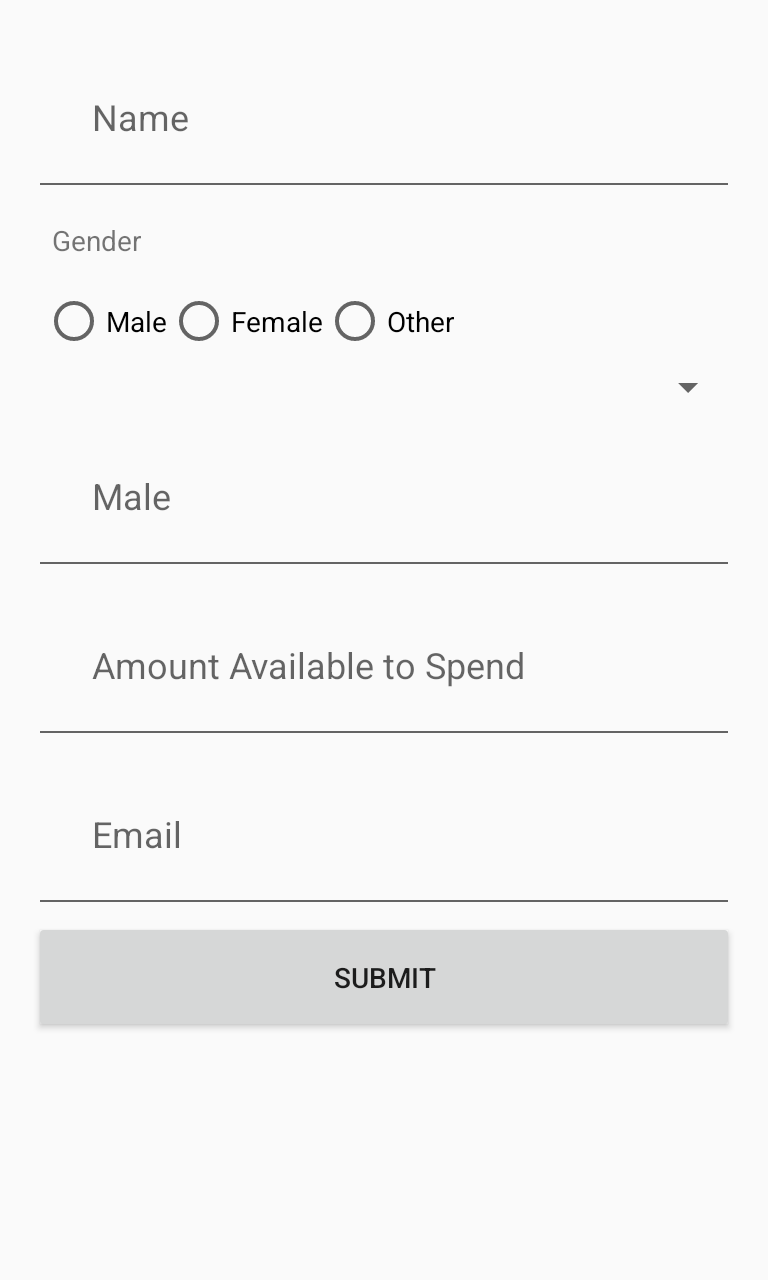
Repository: ThatCrazyIrishGuy/guiAndroidAssignment
Layout: ShoppingList/res/layout/activity_user_detail_form.xml
An editor plug-in stored every save of this project. The layout is shown before and after the next save, followed by the edit.
It is drawn on a 768 x 1280 px phone screen (xhdpi) without system bars, with theme AppTheme; the app's code is not run.

Above is the layout before, as saved 2014-11-08 19:14:50.

### ShoppingList/res/layout/activity_user_detail_form.xml
<RelativeLayout xmlns:android="http://schemas.android.com/apk/res/android"
    xmlns:tools="http://schemas.android.com/tools"
    android:layout_width="match_parent"
    android:layout_height="match_parent"
    android:paddingBottom="@dimen/activity_vertical_margin"
    android:paddingLeft="@dimen/activity_horizontal_margin"
    android:paddingRight="@dimen/activity_horizontal_margin"
    android:paddingTop="@dimen/activity_vertical_margin"
    tools:context="ie.dit.britton.darren.shoppinglist.UserDetailForm" >

    <EditText
        android:id="@+id/name"
        android:hint="@string/name"
        android:layout_width="fill_parent"
        android:layout_height="wrap_content"
 		android:padding="30dp"
     />

     <TextView
        android:id="@+id/genderLabel"
        android:layout_below="@+id/name"
        android:layout_width="wrap_content"
        android:layout_height="wrap_content"
        android:text="@string/gender"
        android:padding="10dp"
     />

   	<RadioGroup
   	    android:id="@+id/gender"
  	    android:layout_below="@+id/genderLabel"
		android:orientation="horizontal"
		android:layout_width="fill_parent"
		android:layout_height="wrap_content"
		android:padding="5dp" >
		<RadioButton
			android:id="@+id/male"
			android:text="@string/male"
		/>
		<RadioButton
			android:id="@+id/female"
			android:text="@string/female"
		/>
		<RadioButton
			android:id="@+id/other"
			android:text="@string/other"
		/>
	</RadioGroup>

	<Spinner
    	android:id="@+id/job"
    	android:layout_below="@+id/gender"
    	android:layout_width="fill_parent"
    	android:layout_height="wrap_content"
 		android:marginTop="15dp"
 		android:marginBottom="15dp"
    />

    <EditText
        android:id="@+id/age"
        android:hint="@string/age"
        android:layout_below="@+id/job"
        android:layout_width="fill_parent"
        android:layout_height="wrap_content"
        android:inputType="number"
        android:padding="30dp"
    />

   <EditText
        android:id="@+id/money"
        android:hint="@string/amountAvailableToSpend"
        android:layout_below="@+id/age"
        android:layout_width="fill_parent"
        android:layout_height="wrap_content"
        android:inputType="numberDecimal"
        android:padding="30dp"
    />

    <EditText
        android:id="@+id/email"
        android:hint="@string/email"
        android:layout_below="@+id/money"
        android:layout_width="fill_parent"
        android:layout_height="wrap_content"
        android:inputType="textEmailAddress"
        android:padding="30dp"
     />

     <Button
        android:layout_below="@+id/email"
        android:id="@+id/submit"
        android:layout_width="fill_parent"
        android:layout_height="wrap_content"
        android:text ="@string/submitButtonText"
        android:padding="20dp"
     />

</RelativeLayout>

### ShoppingList/res/values/strings.xml
<?xml version="1.0" encoding="utf-8"?>
<resources>

    <string name="app_name">ShoppingList</string>
    <string name="action_settings">Settings</string>
    <string name="name">Name</string>
    <string name="gender">Gender</string>
    <string name="male">Male</string>
    <string name="female">Female</string>
    <string name="other">Other</string>
    <string name="age">Male</string>
    <string name="amountAvailableToSpend">Amount Available to Spend</string>
    <string name="email">Email</string>
    <string name="submitButtonText">Submit</string>

    <string-array name="jobTitles">
    <item>Abattoir Worker</item>
    <item>Accountant</item>
    <item>Accountant - Chartered or Certified</item>
    <item>Accounts Staff</item>
    <item>Actor</item>
    <item>Actress</item>
    <item>Actuary</item>
    <item>Acupuncturist</item>
    <item>Administration Staff</item>
    <item>Advertising Staff</item>
    <item>Agricultural Contractor</item>
    <item>Agricultural Worker</item>
    <item>Air Force - Other Ranks</item>
    <item>Air Traffic Controller</item>
    <item>Aircraft Designer</item>
    <item>Airline Employee - Airport</item>
    <item>Ambulance Crew</item>
    <item>Ambulance Driver</item>
    <item>Amusement Arcade Worker</item>
    <item>Anaesthetist</item>
    <item>Animal Breeder</item>
    <item>Antique Dealer</item>
    <item>Arbitrator</item>
    <item>Archaeologist</item>
    <item>Architect</item>
    <item>Archivist</item>
    <item>Art Critic</item>
    <item>Art Dealer</item>
    <item>Artist</item>
    <item>Asphalter/Roadworker</item>
    <item>Assessor</item>
    <item>Astrologer</item>
    <item>Astronomer</item>
    <item>Au Pair</item>
    <item>Auctioneer</item>
    <item>Auditor</item>
    <item>Author</item>
    <item>Auto Electrician</item>
    <item>Bailiff</item>
    <item>Baker</item>
    <item>Bank Staff</item>
    <item>Bar Manager</item>
    <item>Bar Staff</item>
    <item>Barber</item>
    <item>Barrister</item>
    <item>Beautician</item>
    <item>Betting Shop Clerk</item>
    <item>Biochemist</item>
    <item>Biologist</item>
    <item>Blacksmith</item>
    <item>Blind Fitter</item>
    <item>Boat Builder</item>
    <item>Boiler Maker</item>
    <item>Book Seller</item>
    <item>Book-Keeper</item>
    <item>Botanist</item>
    <item>Brewery Worker</item>
    <item>Bricklayer</item>
    <item>Broadcaster</item>
    <item>Builder</item>
    <item>Builders Labourer</item>
    <item>Building Contractor</item>
    <item>Building Engineer</item>
    <item>Building Inspector</item>
    <item>Building Manager</item>
    <item>Building Surveyor</item>
    <item>Bus Company Employee</item>
    <item>Bus Conductor</item>
    <item>Bus Driver</item>
    <item>Business Analyst</item>
    <item>Business Consultant</item>
    <item>Butcher</item>
    <item>Butler</item>
    <item>Buyer</item>
    <item>Cabinet Maker</item>
    <item>Cameraman</item>
    <item>Car Builder</item>
    <item>Car Dealer</item>
    <item>Car Delivery Driver</item>
    <item>Car Park Attendant</item>
    <item>Car Salesman</item>
    <item>Car Valet</item>
    <item>Care Assistant</item>
    <item>Careers Advisor</item>
    <item>Caretaker</item>
    <item>Carpenter</item>
    <item>Carpet Fitter</item>
    <item>Cartographer</item>
    <item>Cashier</item>
    <item>Caterer</item>
    <item>Charity Worker</item>
    <item>Chartered Surveyor</item>
    <item>Chauffeur</item>
    <item>Chef</item>
    <item>Chemist</item>
    <item>Child Minder</item>
    <item>Childrens Entertainer</item>
    <item>Chimney Sweep</item>
    <item>Chiropodist</item>
    <item>Chiropractor</item>
    <item>Choreographer</item>
    <item>Cinema Assistant</item>
    <item>Civil Servant</item>
    <item>Claims/Loss Adjustor</item>
    <item>Classroom Aide</item>
    <item>Cleaner</item>
    <item>Clergyman</item>
    <item>Clerk</item>
    <item>Clock Maker</item>
    <item>Coach Builder</item>
    <item>Coach Driver</item>
    <item>Coal Merchant</item>
    <item>Coastguard</item>
    <item>Cobbler</item>
    <item>Commercial Artist</item>
    <item>Commercial Traveller</item>
    <item>Commissioned Officer</item>
    <item>Community Worker</item>
    <item>Company Secretary</item>
    <item>Complementary Therapist</item>
    <item>Composer</item>
    <item>Computer Analyst</item>
    <item>Computer Consultant</item>
    <item>Computer Programmer</item>
    <item>Computing</item>
    <item>Confectioner</item>
    <item>Conservationist</item>
    <item>Construction Worker</item>
    <item>Contractor</item>
    <item>Coppersmith</item>
    <item>Copywriter</item>
    <item>Coroner</item>
    <item>Council Worker</item>
    <item>Counsellor</item>
    <item>County Councillor</item>
    <item>Courier</item>
    <item>Court Officer</item>
    <item>Craftsman</item>
    <item>Crane Operator</item>
    <item>Credit Controller</item>
    <item>Croupier</item>
    <item>Curator</item>
    <item>Curtain Maker</item>
    <item>Customer Advisor</item>
    <item>Customs And Excise</item>
    <item>Dairy Worker</item>
    <item>Dance Teacher</item>
    <item>Dancer</item>
    <item>Dark Room Technician</item>
    <item>Debt Collector</item>
    <item>Decorator</item>
    <item>Delivery Courier</item>
    <item>Delivery Driver</item>
    <item>Demolition Worker</item>
    <item>Dental Assistant</item>
    <item>Dental Nurse</item>
    <item>Dental Surgeon</item>
    <item>Dental Technician</item>
    <item>Dentist</item>
    <item>Dermatologist</item>
    <item>Designer</item>
    <item>Diplomatic Staff - Foreign</item>
    <item>Diplomatic Staff - Republic Of Ireland</item>
    <item>Director - Performing Arts</item>
    <item>Director/Company Director</item>
    <item>Disc Jockey</item>
    <item>District Nurse</item>
    <item>Diver</item>
    <item>Dockyard Worker</item>
    <item>Doctor</item>
    <item>Dog Groomer</item>
    <item>Domestic Staff</item>
    <item>Door To Door Collector</item>
    <item>Doorman</item>
    <item>Double Glazing Fitter</item>
    <item>Double Glazing Salesman</item>
    <item>Draughtsman</item>
    <item>Dressmaker</item>
    <item>Driver</item>
    <item>Driving Examiner</item>
    <item>Driving Instructor</item>
    <item>Dry Cleaner</item>
    <item>Dustman</item>
    <item>Economist</item>
    <item>Editor</item>
    <item>Electrical Contractor</item>
    <item>Electrician</item>
    <item>Embalmer</item>
    <item>Embassy Staff</item>
    <item>Embassy Staff - Republic Of Ireland</item>
    <item>Energy Analyst</item>
    <item>Engineer</item>
    <item>Engineer (Motor)</item>
    <item>Engraver</item>
    <item>Entertainer</item>
    <item>Estate Agent</item>
    <item>Estimator</item>
    <item>Events Organiser</item>
    <item>Executive</item>
    <item>Exhibition Organiser</item>
    <item>Exotic Dancer</item>
    <item>Exporter</item>
    <item>Fabricator</item>
    <item>Factory Worker</item>
    <item>Fairground Worker</item>
    <item>Farmer</item>
    <item>Film Technician</item>
    <item>Financial Advisor</item>
    <item>Financial Analyst</item>
    <item>Fire Officer</item>
    <item>Fireman/Woman</item>
    <item>Firewood Merchant</item>
    <item>Fish Merchant</item>
    <item>Fisherman</item>
    <item>Fitness Instructor</item>
    <item>Fitter</item>
    <item>Fitter - Tyre/Exhaust</item>
    <item>Flight Deck Crew</item>
    <item>Floor Layer</item>
    <item>Florist</item>
    <item>Flower Arranger</item>
    <item>Flying Instructor</item>
    <item>Food Processor</item>
    <item>Foreman</item>
    <item>Forester</item>
    <item>Fork Lift Truck Driver</item>
    <item>Fruiterer</item>
    <item>Fuel Merchant</item>
    <item>Funeral Director</item>
    <item>Funeral Furnisher</item>
    <item>Furnace Man</item>
    <item>Furniture Dealer</item>
    <item>Furniture Remover</item>
    <item>Furniture Restorer</item>
    <item>Gamekeeper</item>
    <item>Gaming Club Manager</item>
    <item>Gaming Club Staff - Licensed Premises</item>
    <item>Gaming Club Staff - Unlicensed Premises</item>
    <item>Garage Manager</item>
    <item>Garda</item>
    <item>Gardener</item>
    <item>Gas Fitter</item>
    <item>Genealogist</item>
    <item>General Practitioner</item>
    <item>General Worker</item>
    <item>Geologist</item>
    <item>Geophysicist</item>
    <item>Glass Worker</item>
    <item>Glazier</item>
    <item>Goldsmith</item>
    <item>Graphic Designer</item>
    <item>Grave Digger</item>
    <item>Gravel Merchant</item>
    <item>Green Keeper</item>
    <item>Greengrocer</item>
    <item>Groundsman</item>
    <item>Guide</item>
    <item>Gynaecologist</item>
    <item>HGV Driver</item>
    <item>Hairdresser</item>
    <item>Hardware Dealer</item>
    <item>Haulage Contractor</item>
    <item>Hawker</item>
    <item>Health And Safety Consultant</item>
    <item>Health Planner</item>
    <item>Health Service Employee</item>
    <item>Hearing Therapist</item>
    <item>Heating/Ventilation Engineer</item>
    <item>Herbalist</item>
    <item>Hire Car Driver</item>
    <item>Historian</item>
    <item>Horse Dealer</item>
    <item>Horse Riding Instructor</item>
    <item>Horticulturalist</item>
    <item>Hospital Consultant</item>
    <item>Hospital Doctor</item>
    <item>Hospital Worker</item>
    <item>Hostess</item>
    <item>Hotel Worker</item>
    <item>Housing Assistant</item>
    <item>Housing Officer</item>
    <item>Hygienist</item>
    <item>Ice Cream Vendor</item>
    <item>Illustrator</item>
    <item>Immigration Officer</item>
    <item>Importer</item>
    <item>Industrial Chemist</item>
    <item>Industrial Designer</item>
    <item>Inland Revenue Officer</item>
    <item>Instrument Maker</item>
    <item>Insurance Assessor</item>
    <item>Insurance Inspector</item>
    <item>Insurance Staff</item>
    <item>Interior Decorator</item>
    <item>Interior Designer</item>
    <item>Interpreter</item>
    <item>Investigator</item>
    <item>Janitor</item>
    <item>Jeweller</item>
    <item>Jockey</item>
    <item>Joiner</item>
    <item>Journalist</item>
    <item>Judge</item>
    <item>Keep Fit Instructor</item>
    <item>Kitchen Worker</item>
    <item>Laboratory Operative</item>
    <item>Laboratory Technician</item>
    <item>Labourer</item>
    <item>Landlord</item>
    <item>Landscape Gardener</item>
    <item>Laundry Staff</item>
    <item>Lavatory Attendant</item>
    <item>Lawyer</item>
    <item>Leather Worker</item>
    <item>Lecturer</item>
    <item>Legal Assistant</item>
    <item>Legal Executive</item>
    <item>Legal Secretary</item>
    <item>Leisure Centre Attendant</item>
    <item>Librarian</item>
    <item>Lifeguard</item>
    <item>Lift Attendant</item>
    <item>Line Worker</item>
    <item>Linguist</item>
    <item>Literary Agent</item>
    <item>Local Government Officer</item>
    <item>Locksmith</item>
    <item>Lorry Driver</item>
    <item>Loss Adjustor</item>
    <item>Loss Assessor</item>
    <item>Machine Technician</item>
    <item>Machinist</item>
    <item>Maintenance Staff</item>
    <item>Make Up Artist</item>
    <item>Manager</item>
    <item>Manicurist</item>
    <item>Marine Pilot</item>
    <item>Market Gardener</item>
    <item>Market Researcher</item>
    <item>Market Trader</item>
    <item>Marketing Executive</item>
    <item>Masseuse</item>
    <item>Mathematician</item>
    <item>Mechanic</item>
    <item>Medical Advisor</item>
    <item>Medical Practitioner</item>
    <item>Medical Secretary</item>
    <item>Merchant</item>
    <item>Metal Dealer</item>
    <item>Metal Worker</item>
    <item>Meteorologist</item>
    <item>Meter Reader</item>
    <item>Microbiologist</item>
    <item>Midwife</item>
    <item>Milkman</item>
    <item>Mill Worker</item>
    <item>Miner</item>
    <item>Mineralologist</item>
    <item>Minister Of Religion</item>
    <item>Mobile Caterer</item>
    <item>Mobile Disc Jockey</item>
    <item>Model</item>
    <item>Mortgage Broker</item>
    <item>Mortician</item>
    <item>Motor Mechanic</item>
    <item>Motor Racing Organiser</item>
    <item>Motor Trader</item>
    <item>Music Teacher</item>
    <item>Musician</item>
    <item>Nanny</item>
    <item>Navigator</item>
    <item>Negotiator</item>
    <item>Neurologist</item>
    <item>Newsagent</item>
    <item>Night Watchman</item>
    <item>Nun</item>
    <item>Nurse</item>
    <item>Nursery Worker</item>
    <item>Nutritionist</item>
    <item>Occupational Therapist</item>
    <item>Oculist</item>
    <item>Oil Rig Crew</item>
    <item>Optical Assistant</item>
    <item>Optician</item>
    <item>Organist</item>
    <item>Osteopath</item>
    <item>Painter And Decorator</item>
    <item>Panel Beater</item>
    <item>Paramedic</item>
    <item>Park Attendant</item>
    <item>Park Keeper</item>
    <item>Party Planner</item>
    <item>Pathologist</item>
    <item>Pawnbroker</item>
    <item>Personal Assistant</item>
    <item>Personnel Officer</item>
    <item>Pest Controller</item>
    <item>Petrol Station Attendant</item>
    <item>Pharmaceutical Assistant</item>
    <item>Pharmacist</item>
    <item>Photo Engraver</item>
    <item>Photographer - Location</item>
    <item>Photographer - Studio</item>
    <item>Physicist</item>
    <item>Physiologist</item>
    <item>Physiotherapist</item>
    <item>Picker</item>
    <item>Picture Framer</item>
    <item>Pilot</item>
    <item>Pipe Fitter</item>
    <item>Pipe Layer</item>
    <item>Planning Officer</item>
    <item>Plant Driver</item>
    <item>Plant Operator</item>
    <item>Plasterer</item>
    <item>Plumber</item>
    <item>Polisher</item>
    <item>Pool Attendant</item>
    <item>Porter</item>
    <item>Postman/Woman</item>
    <item>Priest</item>
    <item>Printer</item>
    <item>Prison Officer</item>
    <item>Probation Officer</item>
    <item>Producer</item>
    <item>Professor</item>
    <item>Projectionist</item>
    <item>Proof Reader</item>
    <item>Property Buyer</item>
    <item>Property Dealer</item>
    <item>Property Developer</item>
    <item>Property Valuer</item>
    <item>Psychiatrist</item>
    <item>Psychologist</item>
    <item>Psychotherapist</item>
    <item>Public Relations Officer</item>
    <item>Publican</item>
    <item>Publisher</item>
    <item>Purchasing Assistant</item>
    <item>Quality Controller</item>
    <item>Quality Inspector</item>
    <item>Quantity Surveyor</item>
    <item>Quarry Worker</item>
    <item>Rabbi</item>
    <item>Radio Presenter</item>
    <item>Radio Producer</item>
    <item>Radiographer</item>
    <item>Radiologist</item>
    <item>Railway Staff</item>
    <item>Receptionist</item>
    <item>Rector</item>
    <item>Reflexologist</item>
    <item>Refuse Collector</item>
    <item>Registrar</item>
    <item>Reporter</item>
    <item>Researcher</item>
    <item>Restaurateur</item>
    <item>Restorer</item>
    <item>Revenue Officer</item>
    <item>Road Sweeper</item>
    <item>Road Worker</item>
    <item>Roofer</item>
    <item>Safety Officer</item>
    <item>Sales Representative</item>
    <item>Sales Support</item>
    <item>Salesman</item>
    <item>Sand Blaster</item>
    <item>Scaffolder</item>
    <item>School Crossing Warden</item>
    <item>Scientist</item>
    <item>Scrap Dealer</item>
    <item>Screen Writer</item>
    <item>Script Writer</item>
    <item>Sculptor</item>
    <item>Seaman</item>
    <item>Secretary And PA</item>
    <item>Security Guard</item>
    <item>Servant</item>
    <item>Sheet Metal Worker</item>
    <item>Sheriff</item>
    <item>Ship Builder</item>
    <item>Shoe Repairer</item>
    <item>Shooting Instructor</item>
    <item>Shop Assistant</item>
    <item>Shop Fitter</item>
    <item>Shop Keeper</item>
    <item>Social Worker</item>
    <item>Soldier</item>
    <item>Solicitor</item>
    <item>Song Writer</item>
    <item>Speech Therapist</item>
    <item>Sports Centre Attendant</item>
    <item>Sports Coach</item>
    <item>Sportsman</item>
    <item>Stable Hand</item>
    <item>Statistician</item>
    <item>Steel Worker</item>
    <item>Steeplejack</item>
    <item>Stenographer</item>
    <item>Stock Controller</item>
    <item>Stockbroker</item>
    <item>Stockman</item>
    <item>Stonemason</item>
    <item>Storeman/Woman</item>
    <item>Street Entertainer</item>
    <item>Street Trader</item>
    <item>Student Teacher</item>
    <item>Supervisor</item>
    <item>Surgeon</item>
    <item>Surveyor</item>
    <item>Surveyor - Chartered</item>
    <item>Systems Analyst</item>
    <item>Tailor</item>
    <item>Tax Consultant</item>
    <item>Tax Inspector</item>
    <item>Taxi Driver</item>
    <item>Taxidermist</item>
    <item>Teacher</item>
    <item>Teachers Assistant</item>
    <item>Telephonist</item>
    <item>Telesales Person</item>
    <item>Television Presenter</item>
    <item>Textile Worker</item>
    <item>Thatcher</item>
    <item>Theatrical Agent</item>
    <item>Therapist</item>
    <item>Ticket Inspector</item>
    <item>Tiler</item>
    <item>Tobacconist</item>
    <item>Tool Maker</item>
    <item>Town Planner</item>
    <item>Toy Maker</item>
    <item>Tractor Driver</item>
    <item>Trade Union Official</item>
    <item>Traffic Warden</item>
    <item>Train Driver</item>
    <item>Trainer</item>
    <item>Trainer - Animal</item>
    <item>Training Officer</item>
    <item>Translator</item>
    <item>Transport Controller</item>
    <item>Transport Officer</item>
    <item>Travel Agent</item>
    <item>Travel Consultant</item>
    <item>Travel Courier</item>
    <item>Treasurer</item>
    <item>Tree Surgeon</item>
    <item>Trinity House Pilot</item>
    <item>Turf Accountant</item>
    <item>Tutor</item>
    <item>Typist</item>
    <item>Undertaker</item>
    <item>Underwriter</item>
    <item>Upholsterer</item>
    <item>Usher</item>
    <item>Valuer</item>
    <item>Vehicle Assessor</item>
    <item>Vehicle Body Worker</item>
    <item>Veterinary Surgeon</item>
    <item>Vicar</item>
    <item>Voluntary Worker</item>
    <item>Waiter</item>
    <item>Warehouseman/Woman</item>
    <item>Waste Dealer</item>
    <item>Watchmaker</item>
    <item>Welder</item>
    <item>Welfare Officer</item>
    <item>Welfare Rights Officer</item>
    <item>Wheel Clamper</item>
    <item>Window Cleaner</item>
    <item>Window Dresser</item>
    <item>Windscreen Fitter</item>
    <item>Wine Merchant</item>
    <item>Wood Worker</item>
    <item>Writer</item>
    <item>Youth Hostel Warden</item>
    <item>Youth Worker</item>
    <item>Zoo Keeper</item>
    <item>Zoologist</item>
</string-array>

</resources>

Loaded but not shown: ShoppingList/res/values/styles.xml (common file); ShoppingList/res/values-v11/styles.xml (common file); ShoppingList/res/values-v14/styles.xml (common file); ShoppingList/res/values/dimens.xml (common file); ShoppingList/res/values-w820dp/dimens.xml (common file)

After the next save:
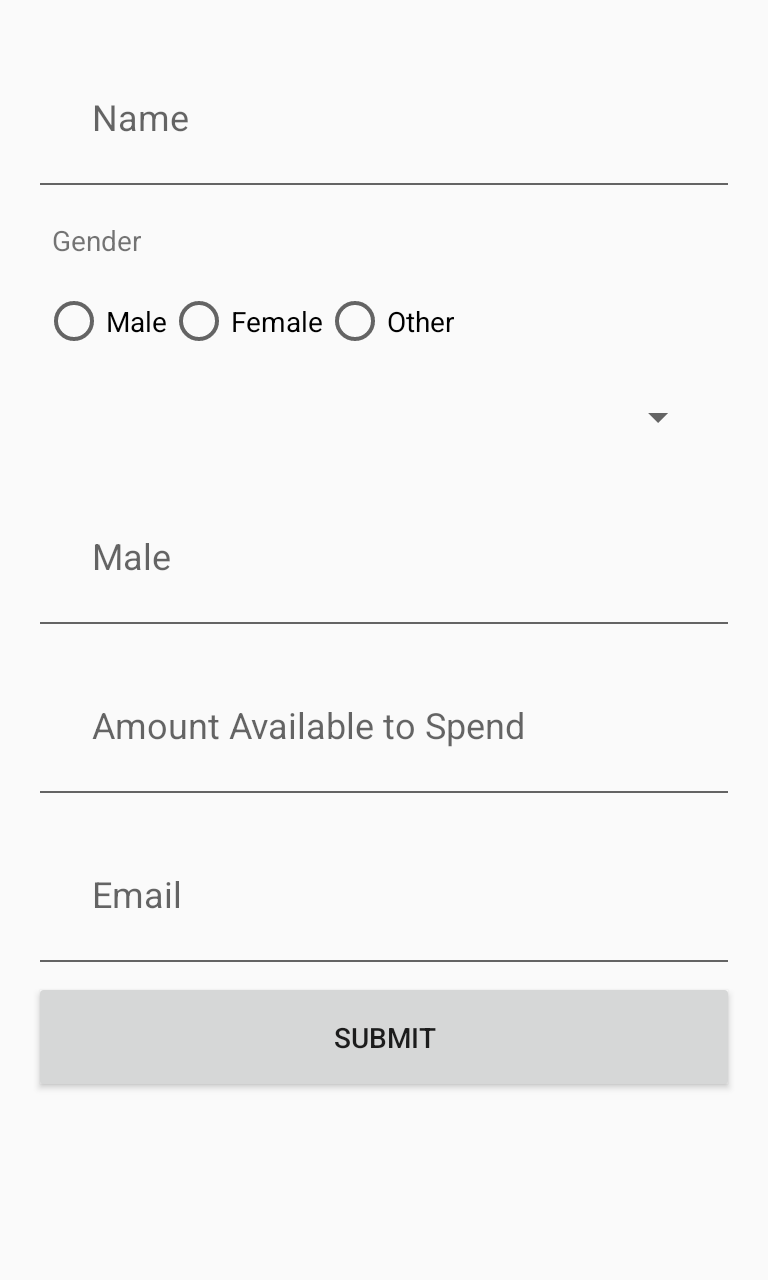
Saved 19 s later.
--- a/ShoppingList/res/layout/activity_user_detail_form.xml
+++ b/ShoppingList/res/layout/activity_user_detail_form.xml
@@ -51,7 +51,7 @@
     	android:layout_below="@+id/gender"
     	android:layout_width="fill_parent"
     	android:layout_height="wrap_content"
- 		android:marginTop="15dp"
+ 		android:layout_margin="15dp"
  		android:marginBottom="15dp"
     />
 
